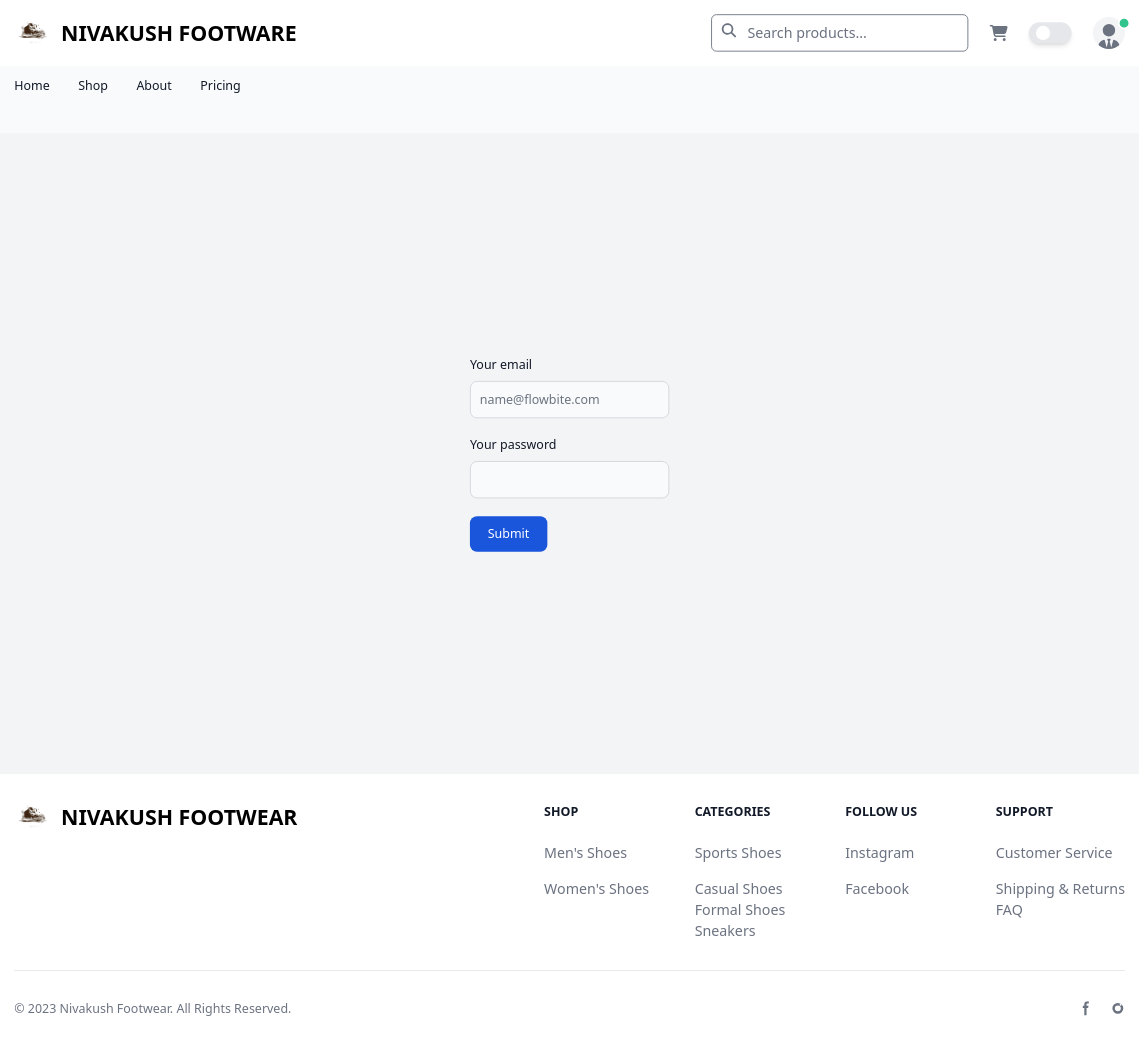
Repository: sibi24sibi/shoe-ecommerce
Page: /login
These files come from the project's save history. The page is drawn as it stood at one moment and after the next save; the edit follows.
The browser window is 1280 px wide. The pictures show the whole page, at 89% of full size.
Some web libraries are served in a nearby version. The project was rebuilt for these pictures with package versions that can differ from the ones it lists, and the page was loaded fresh each time. Also part of the build but not shown: vite.config.js, src/Payment.jsx, src/Components/Products.jsx, src/Components/Carosel.jsx, src/Prod-page.jsx, src/Cart-page.jsx, src/ProductInfo.jsx, src/Aboutus.jsx and 2 more.

Above is the page before, as saved 2024-09-11 10:25:02.

After the next save:
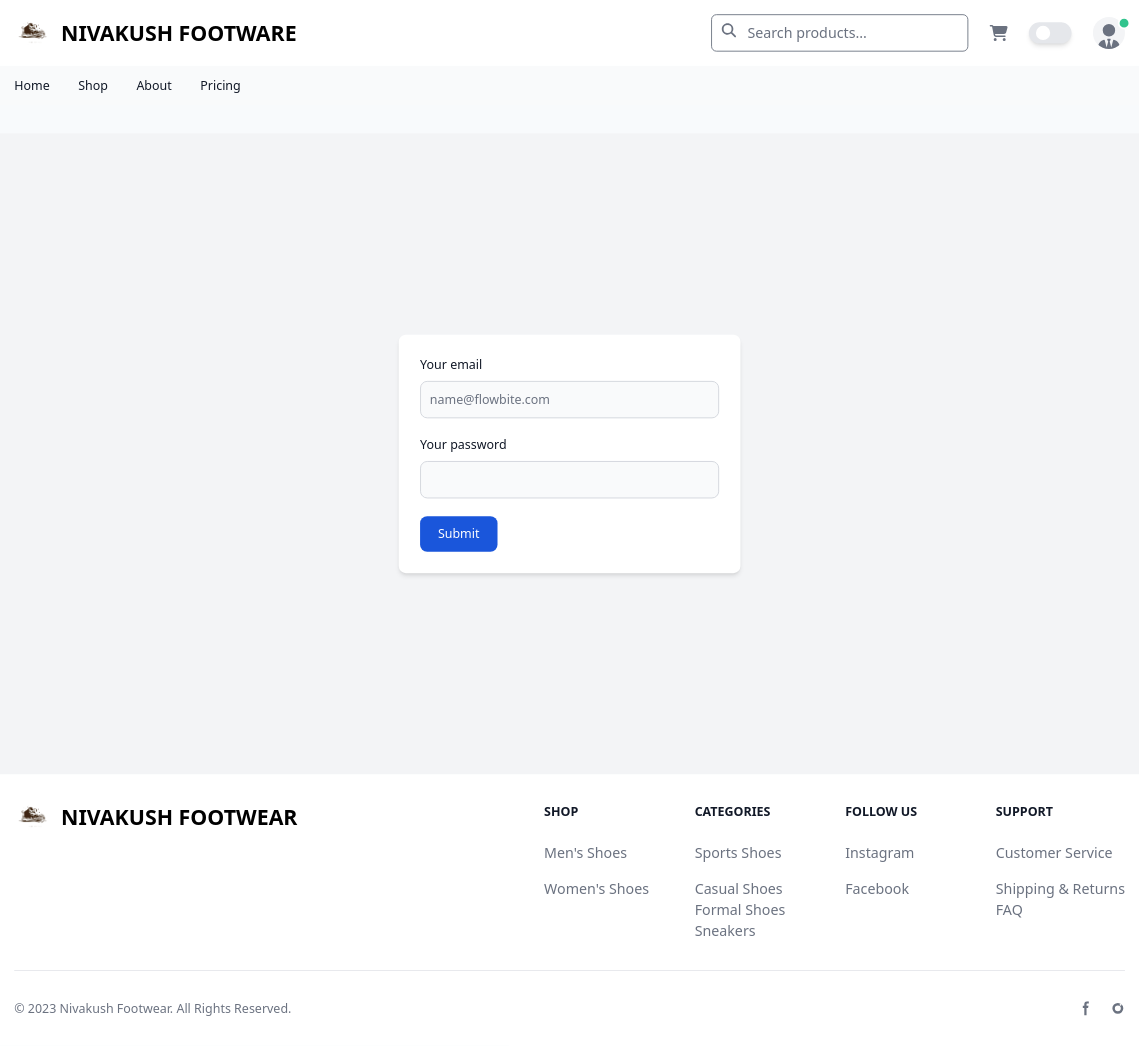
Saved 24 s later.
--- a/src/AdminLogin.jsx
+++ b/src/AdminLogin.jsx
@@ -3,7 +3,7 @@ import React from "react";
 function AdminLogin() {
   return (
     <div className="flex justify-center items-center h-screen bg-gray-100 dark:bg-gray-800">
-      <form className="max-w-sm mx-auto ">
+      <form className="max-w-sm w-full bg-white dark:bg-gray-700 p-6 rounded-lg shadow-md">
         <div className="mb-5">
           <label
             htmlFor="password"
